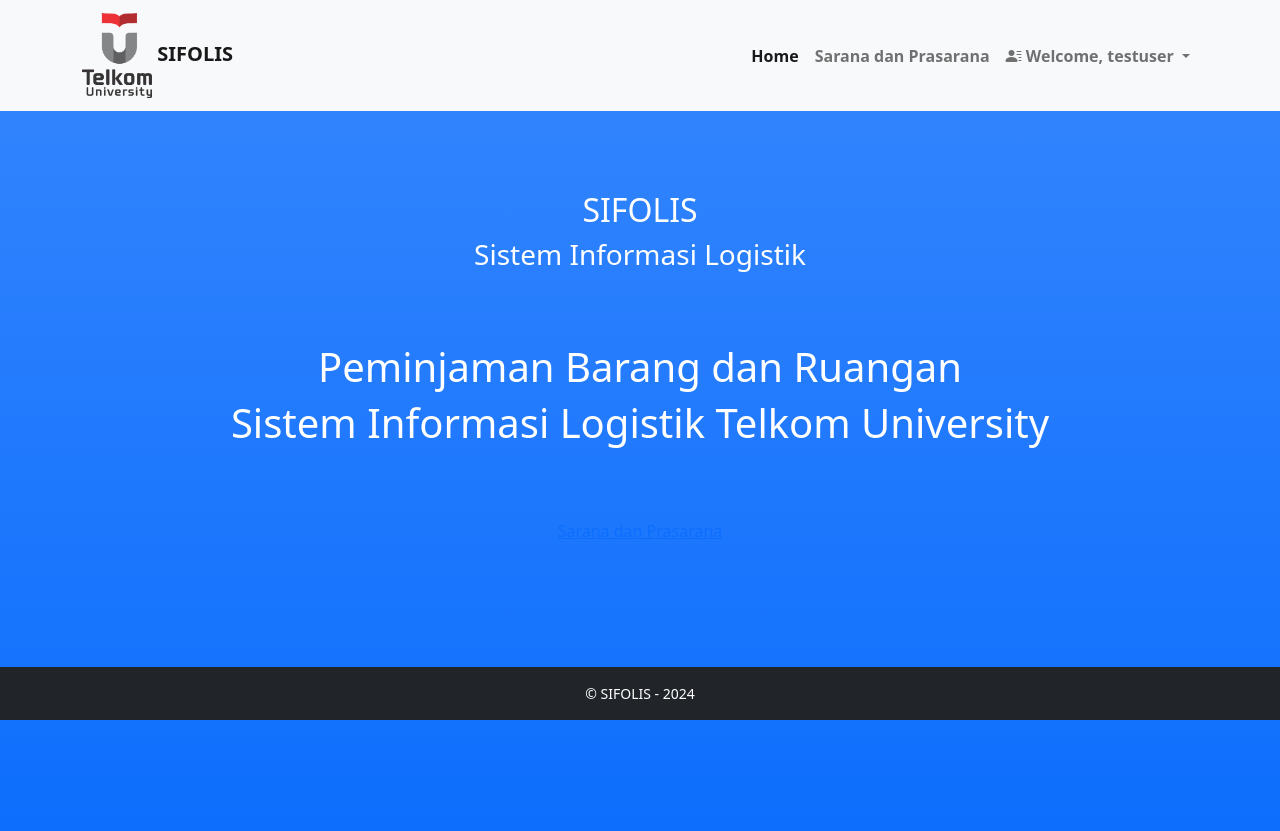
Repository: Audi87/uas_framework
Page: http://localhost/
The author's editor kept a copy of each file at every save. The page is drawn from the files as they stood at one save, then again after the next save.
The browser window is 1280 px wide. The pictures show the whole page.
Some web libraries are served in a nearby version. The page is served by the project's Laravel application, run on PHP 8.4 with Laravel 10. A made-up administrator, Test User (test@example.com), is signed in.

Above is the page before, as saved 2024-06-13 20:33:56.

After the next save:
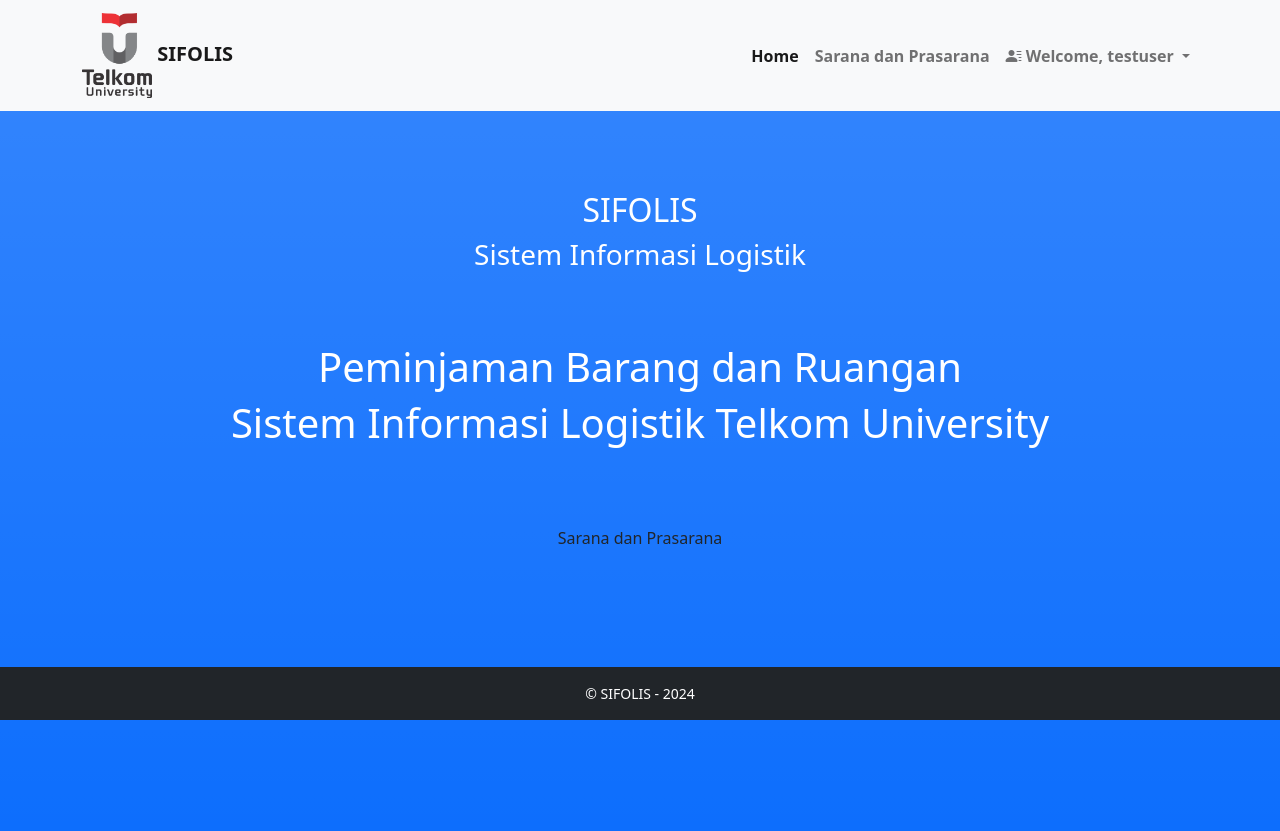
Saved 7 s later.
--- a/resources/views/index.blade.php
+++ b/resources/views/index.blade.php
@@ -59,7 +59,7 @@
 
             <div class="row py-3 text-center mt-5" data-aos="flip-left" data-aos-duration="2000">
                 <div class="col-lg-12">
-                    <a href="sarana dan prasarana" class="">Sarana dan Prasarana</a>
+                    <a href="sarana dan prasarana" class="btn">Sarana dan Prasarana</a>
                 </div>
             </div><br><br><br><br><br><br>
 

After the save that followed:
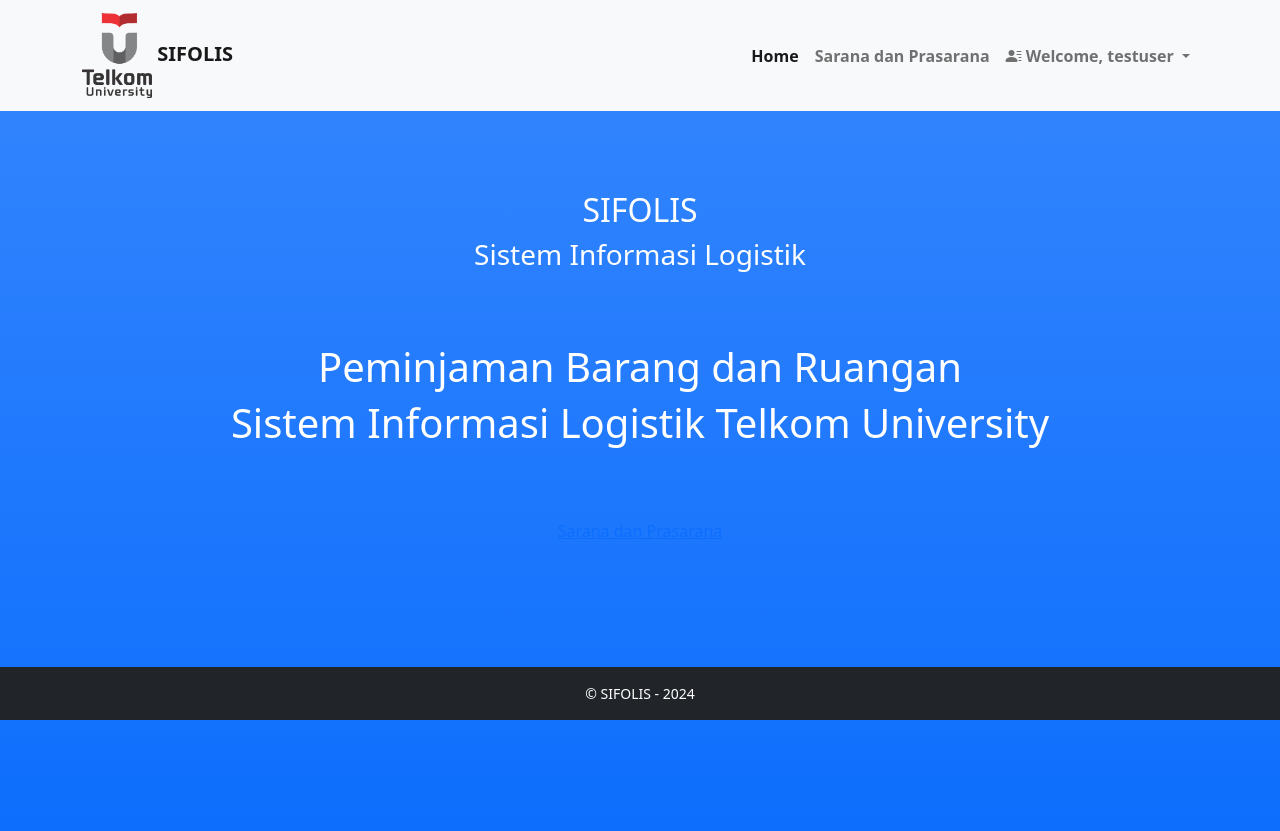
Saved 4 s later.
--- a/resources/views/index.blade.php
+++ b/resources/views/index.blade.php
@@ -59,7 +59,7 @@
 
             <div class="row py-3 text-center mt-5" data-aos="flip-left" data-aos-duration="2000">
                 <div class="col-lg-12">
-                    <a href="sarana dan prasarana" class="btn">Sarana dan Prasarana</a>
+                    <a href="sarana dan prasarana" class="btn-dark">Sarana dan Prasarana</a>
                 </div>
             </div><br><br><br><br><br><br>
 
